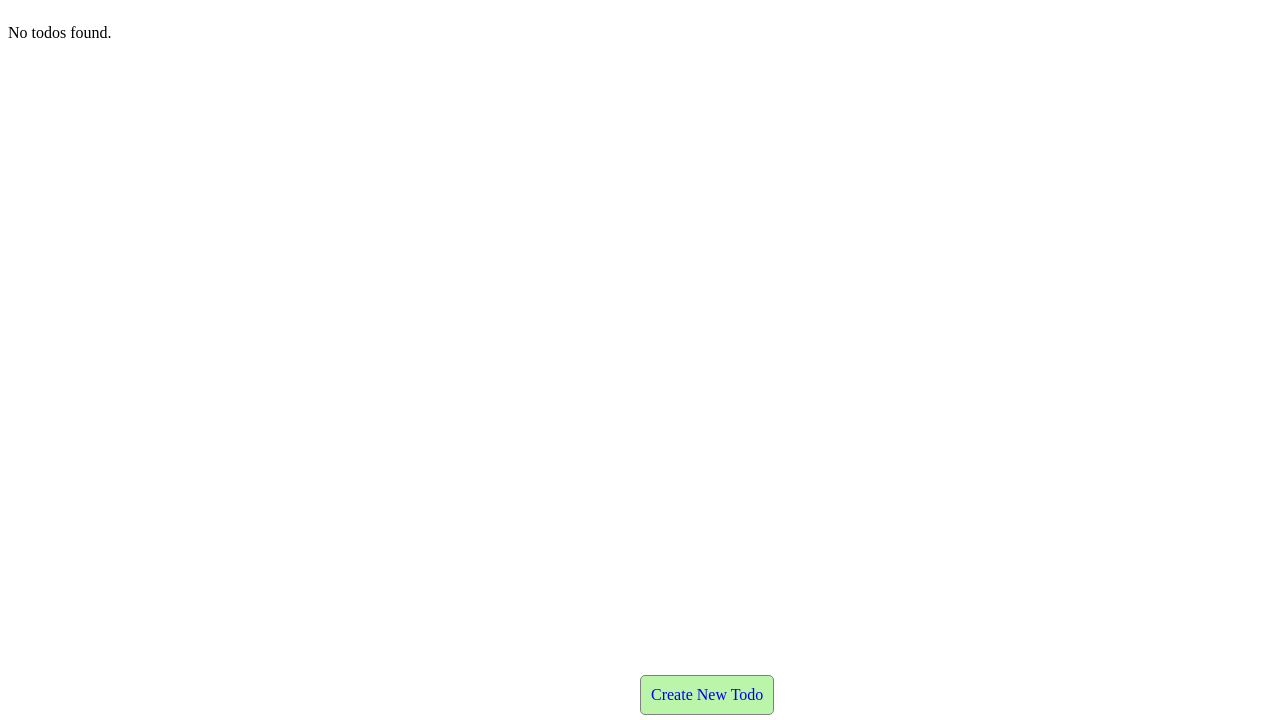
Repository: JasonMorta/Django-todo-crud-app
Page: http://localhost/
These files come from the project's save history. The page is drawn as it stood at one moment and after the next save; the edit follows.
The browser window is 1280 px wide. The pictures show the whole page.
The page is served by the project's application, run on Django 4.2 (manage.py). Other server files are loaded and not shown. Queries for data that is not in the repository find no rows.

Above is the page before, as saved 2023-06-20 21:22:41.

### todo_list/todo_app/templates/todo_app/todo_list.html
<!DOCTYPE html>
<html lang="en">

<head>
  <meta charset="UTF-8">
  <meta http-equiv="X-UA-Compatible" content="IE=edge">
  <meta name="viewport" content="width=device-width, initial-scale=1.0">
  <title>Document</title>
</head>
<style>
  .todo-container {
    display: flex;
    flex-direction: row;
    flex-wrap: wrap;
  }
  .add-btn {
    position: fixed;
    bottom: 5px;
    left: 50%;
    background-color: rgb(187, 245, 170);
    padding: 10px;
    border: 1px solid gray;
    border-radius: 5px;
    text-decoration: none;
  }

  .todo-content {
    border: 1px solid gray;
    border-radius: 5px;
    padding: 10px;
    margin-bottom: 10px;
    width: 230px;
    margin: 10px;
  }
</style>

<body>
 <div class="todo-container">
    {% for todo in todos %}
    <div class="todo-content">

      <h2>{{ todo.title }}</h2>
      <div><pre style="white-space: break-spaces;">{{ todo.description }}</pre></div>
      <p>{{ todo.created_at }}</p>

      <a href="{% url 'todo_update' todo.pk %}">
        <button>Update</button>
      </a>

      <form action="{% url 'todo_delete' todo.pk %}" method="post">
        {% csrf_token %}
        <button type="submit">Delete</button>
      </form>
    </div>

    {% empty %}
    <p>No todos found.</p>
    {% endfor %}
 </div>

  <!-- add new item button -->
  <a href="{% url 'todo_create' %}" class="add-btn">Create New Todo</a>
</body>

</html>

### todo_list/todo_app/views.py
from django.shortcuts import render, redirect
from .models import Todo
from .forms import TodoForm

# Get the todo list from the database and render it to todo_list.html
# This function is called when the user navigates to the home page
def todo_list(request):
    # the request parameter contains the type of request (GET, POST, etc.) '/'

    todos = Todo.objects.all() # get all the todos from the database

    #The third argument is a dictionary that contains the data that will be rendered to the template.
    return render(request, 'todo_app/todo_list.html', {'todos': todos})


def todo_create(request):
    print(request)
    # if the request method is POST, then the form is being submitted and save to the database
    if request.method == 'POST':

        # create a form instance and populate it with data from the request.
        form = TodoForm(request.POST)

        # The form would then look like this: <TodoForm bound=True, valid=False, fields=(title;description)>
        if form.is_valid(): # check if the form is valid (correct data types, etc.)
            form.save() # save the form to the database

            return redirect('todo_list') #redirect to todo_list.html / the home page

    # else, redirect to todo_create.html to render the form
    else:
        form = TodoForm()
        print('render(request,"todo_app/todo_create.html"')
    return render(request, 'todo_app/todo_create.html', {'form': form}) # navigate to todo_create.html


def todo_update(request, pk):
    print('todo_update')
    todo = Todo.objects.get(pk=pk)
    if request.method == 'POST':
        form = TodoForm(request.POST, instance=todo)
        if form.is_valid():
            form.save()
            return redirect('todo_list')
    else:
        form = TodoForm(instance=todo)
    return render(request, 'todo_app/todo_update.html', {'form': form})


def todo_delete(request, pk):
    todo = Todo.objects.get(pk=pk)
    if request.method == 'POST':
        todo.delete()
        return redirect('todo_list')
    return render(request, 'todo_app/todo_delete.html', {'todo': todo})

### todo_list/todo_list/urls.py
"""
URL configuration for todo_list project.

The `urlpatterns` list routes URLs to views. For more information please see:
    https://docs.djangoproject.com/en/4.2/topics/http/urls/
Examples:
Function views
    1. Add an import:  from my_app import views
    2. Add a URL to urlpatterns:  path('', views.home, name='home')
Class-based views
    1. Add an import:  from other_app.views import Home
    2. Add a URL to urlpatterns:  path('', Home.as_view(), name='home')
Including another URLconf
    1. Import the include() function: from django.urls import include, path
    2. Add a URL to urlpatterns:  path('blog/', include('blog.urls'))
"""
from django.urls import path
from todo_app.views import todo_list, todo_create, todo_update, todo_delete

urlpatterns = [
    path('', todo_list, name='todo_list'),
    path('create/', todo_create, name='todo_create'),
    path('update/<int:pk>/', todo_update, name='todo_update'),
    path('delete/<int:pk>/', todo_delete, name='todo_delete'),
]

After the next save:
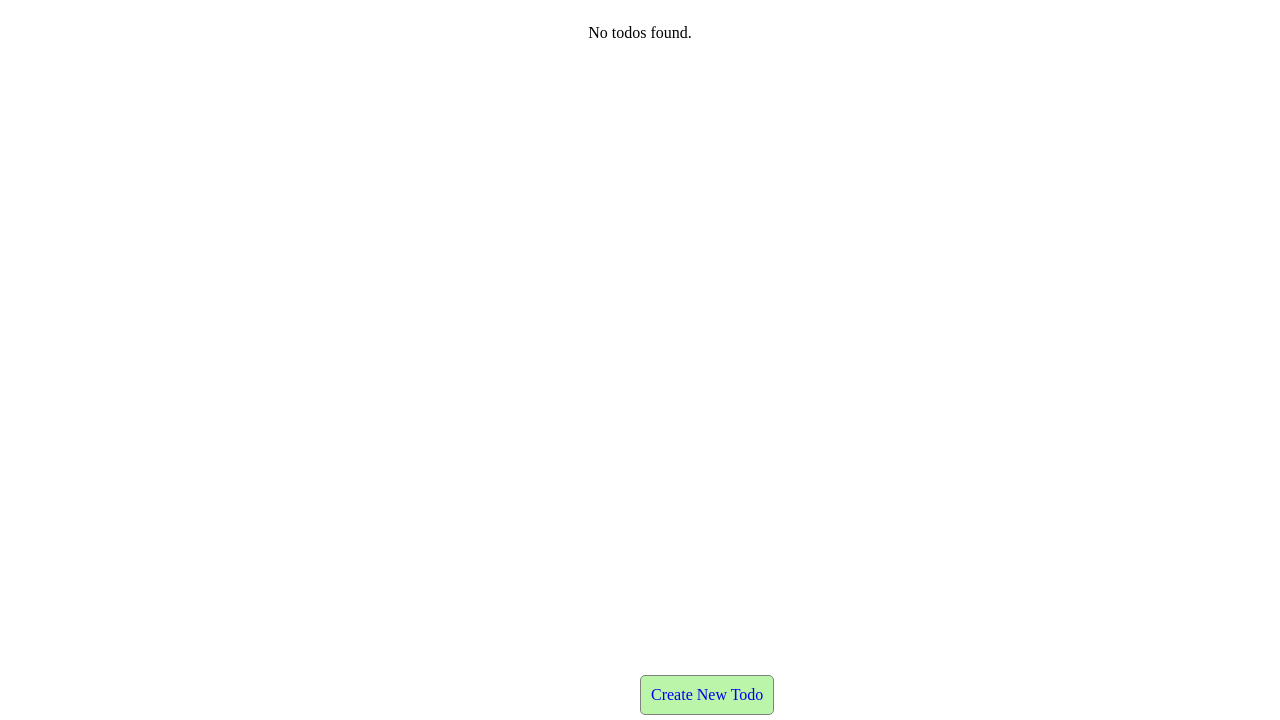
Saved 38 s later.
--- a/todo_list/todo_app/templates/todo_app/todo_list.html
+++ b/todo_list/todo_app/templates/todo_app/todo_list.html
@@ -12,6 +12,8 @@
     display: flex;
     flex-direction: row;
     flex-wrap: wrap;
+    justify-content: center;
+    align-items: flex-start;
   }
   .add-btn {
     position: fixed;
